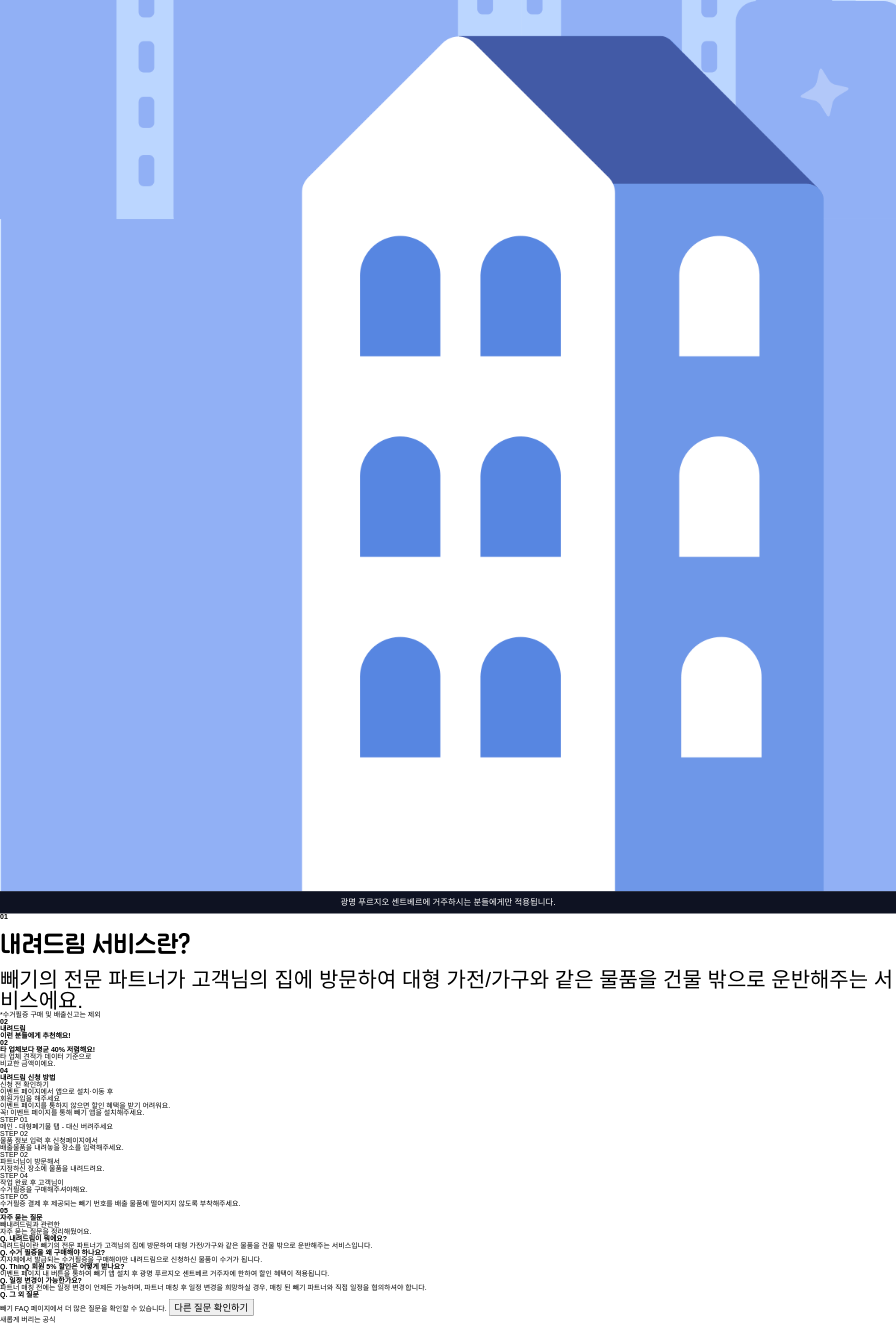
Repository: seraLeeDev/lgthinq-test
Page: index2.html
An editor plug-in stored every save of this project. The page is shown before and after the next save, followed by the edit.
The browser window is 1280 px wide. The pictures show the part of the page from y = 2170 to 4090 px (the page is 4060 px tall before and 4090 px after), at 70% of full size.
Some web fonts or font styles are not loaded; a fallback is used.

Above is the page before, as saved 2023-03-14 12:08:08.
Console error: ReferenceError: AOS is not defined

After the next save:
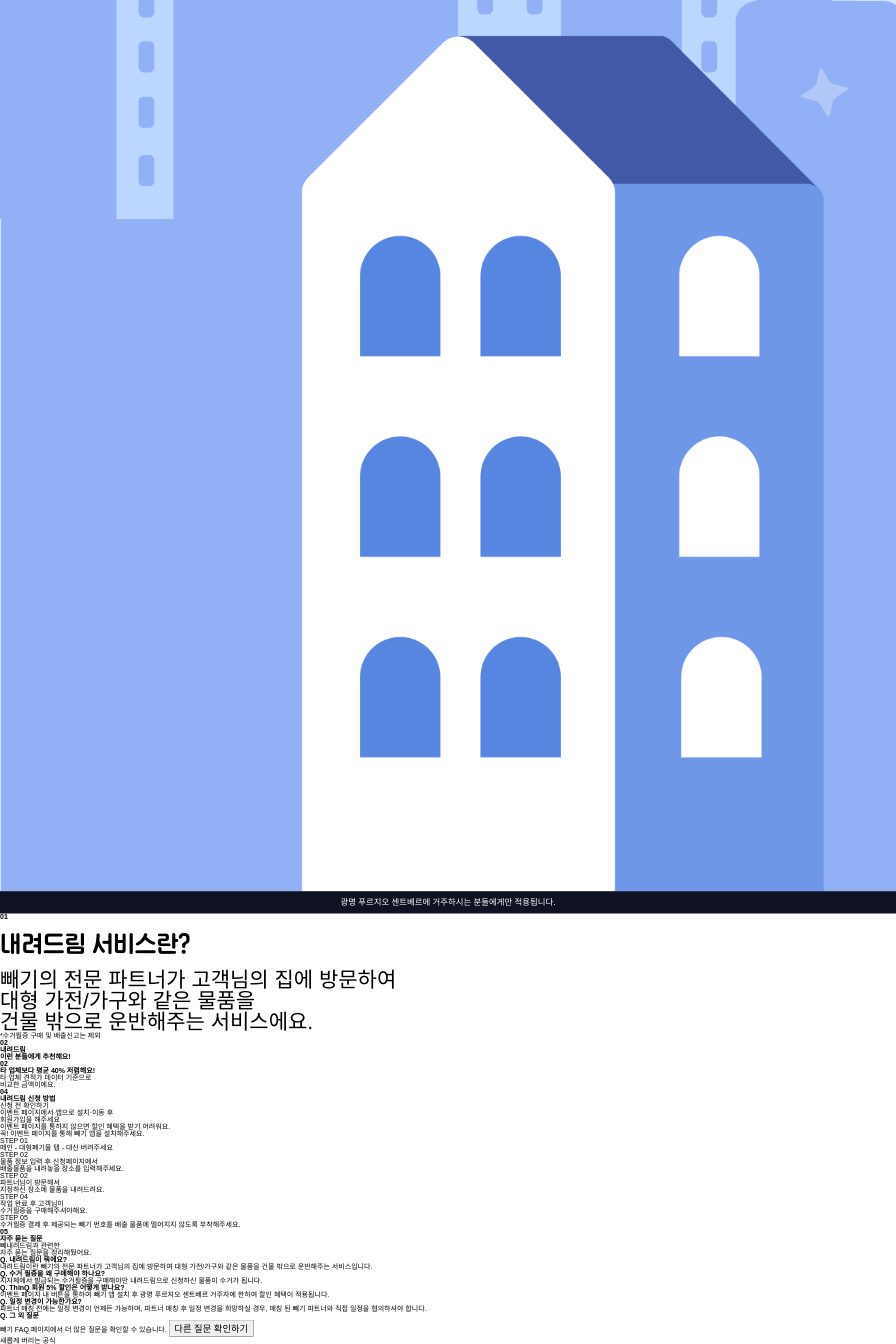
Saved 12 s later.
--- a/index2.html
+++ b/index2.html
@@ -105,8 +105,9 @@
           <b class="index">01</b>
           <h2 class="GGothic h2">내려드림 서비스란?</h2>
           <p class="section-desc">
-            빼기의 전문 파트너가 고객님의 집에 방문하여 대형 가전/가구와 같은
-            물품을 건물 밖으로 운반해주는 서비스에요.
+            빼기의 전문 파트너가 고객님의 집에 방문하여<br />
+            대형 가전/가구와 같은 물품을<br />
+            건물 밖으로 운반해주는 서비스에요.
           </p>
           <small>*수거필증 구매 및 배출신고는 제외</small>
           <div></div>
